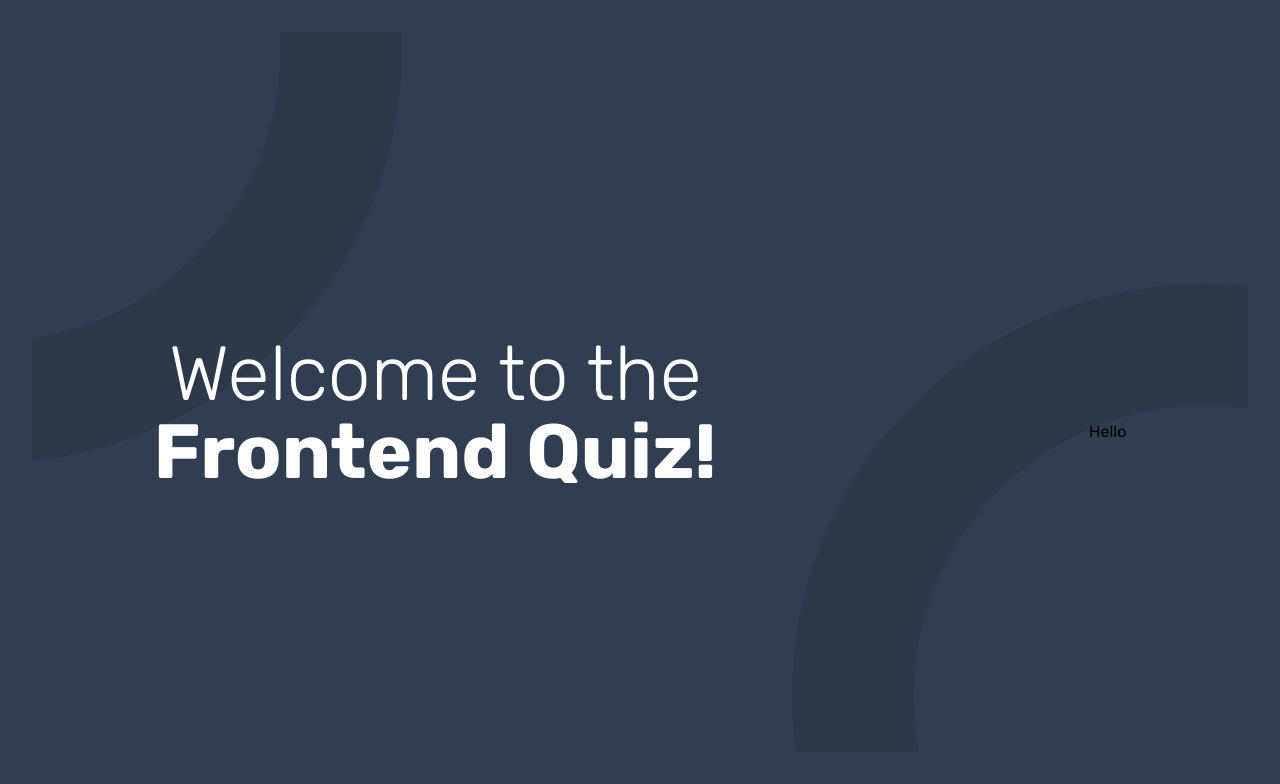
Repository: Shenixo/QuizApp
Page: /
An editor plug-in stored every save of this project. The page is shown before and after a run of saves, followed by the edit.
The browser window is 1280 px wide. The pictures show the whole page.
The project was rebuilt for these pictures with package versions that can differ from the ones it lists, and the page was loaded fresh each time. Also part of the build but not shown: vite.config.js, src/Components/Navbar/Navbar.jsx.

Above is the page before, as saved 2025-03-31 11:06:39.

After the next 4 saves:
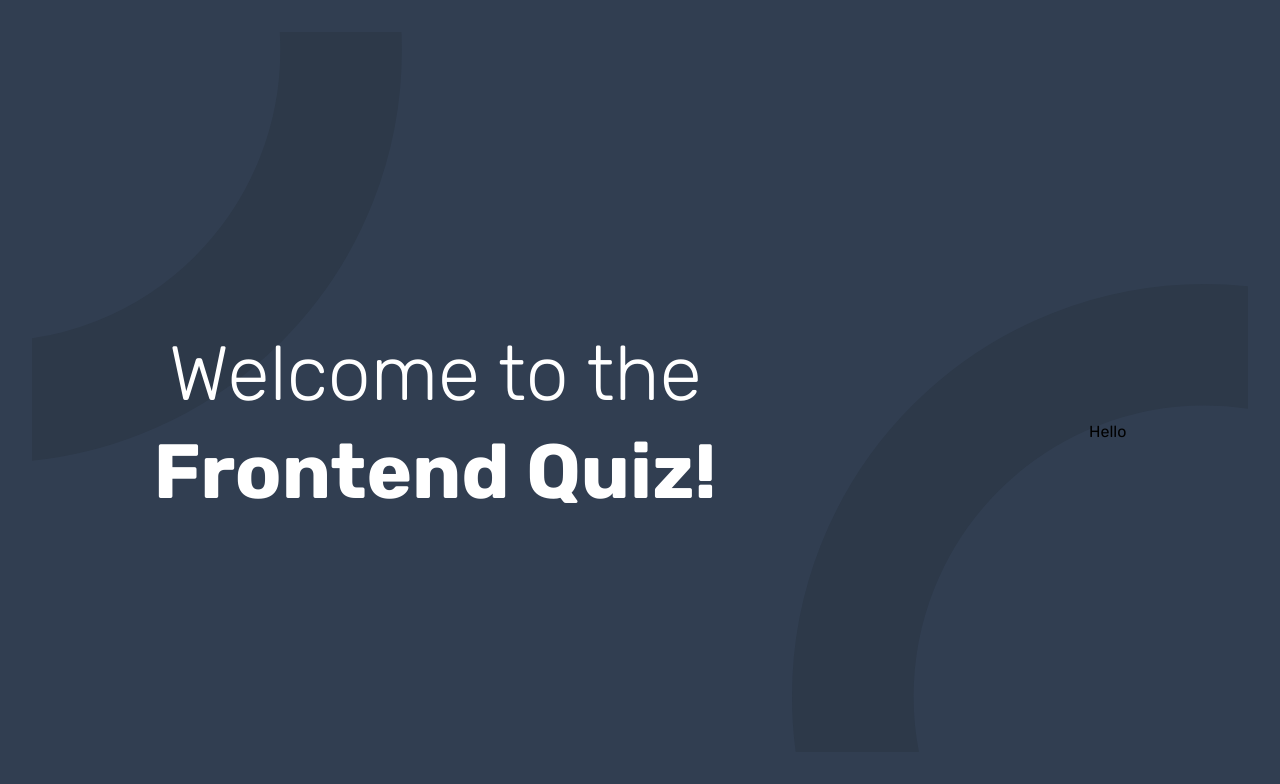
The 4 saves are shown as one change because they came seconds apart.
The last was saved 13 s later.
--- a/src/Components/Home/Home.jsx
+++ b/src/Components/Home/Home.jsx
@@ -6,7 +6,7 @@ const Home = () => {
     <div className="w-[80%] mx-auto placeholder-stone-200 pt-20 flex items-center justify-center h-[100vh]">
       <div className="flex items-center justify-between w-full">
       <div>
-        <h1 className="text-white font-thin text-[4.8rem] leading-10">Welcome to the</h1>
+        <h1 className="text-white font-thin text-[4.8rem] leading-[5rem]">Welcome to the</h1>
         <h1 className="text-white text-[4.8rem] font-bold">Frontend Quiz!</h1>
       </div>
         <div>
